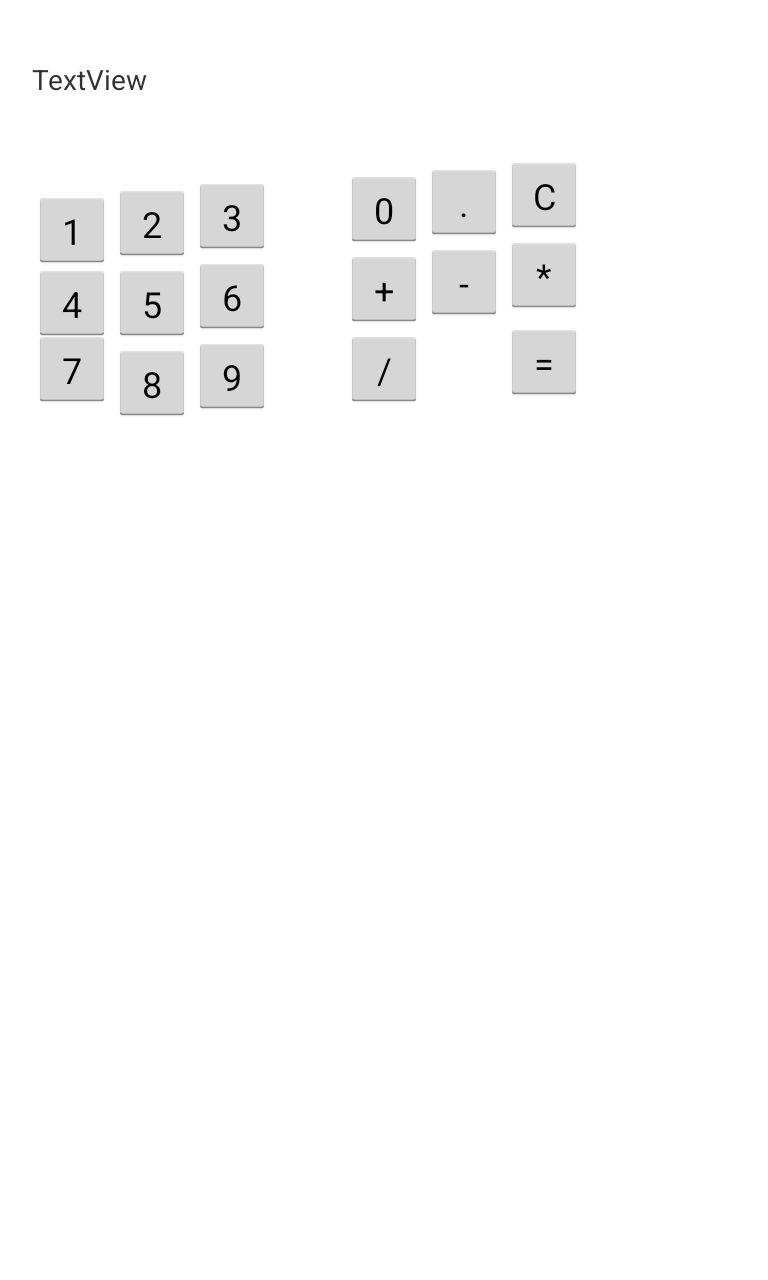
Repository: khushboop-optimus/Android-Assignment
Layout: calculator/res/layout/activity_main.xml
The author's editor kept a copy of each file at every save. The layout is drawn from the files as they stood at one save, then again after the next save.
It is drawn on a 768 x 1280 px phone screen (xhdpi) without system bars, with theme AppTheme; the app's code is not run.

Above is the layout before, as saved 2013-09-13 04:30:00.

After the next save:
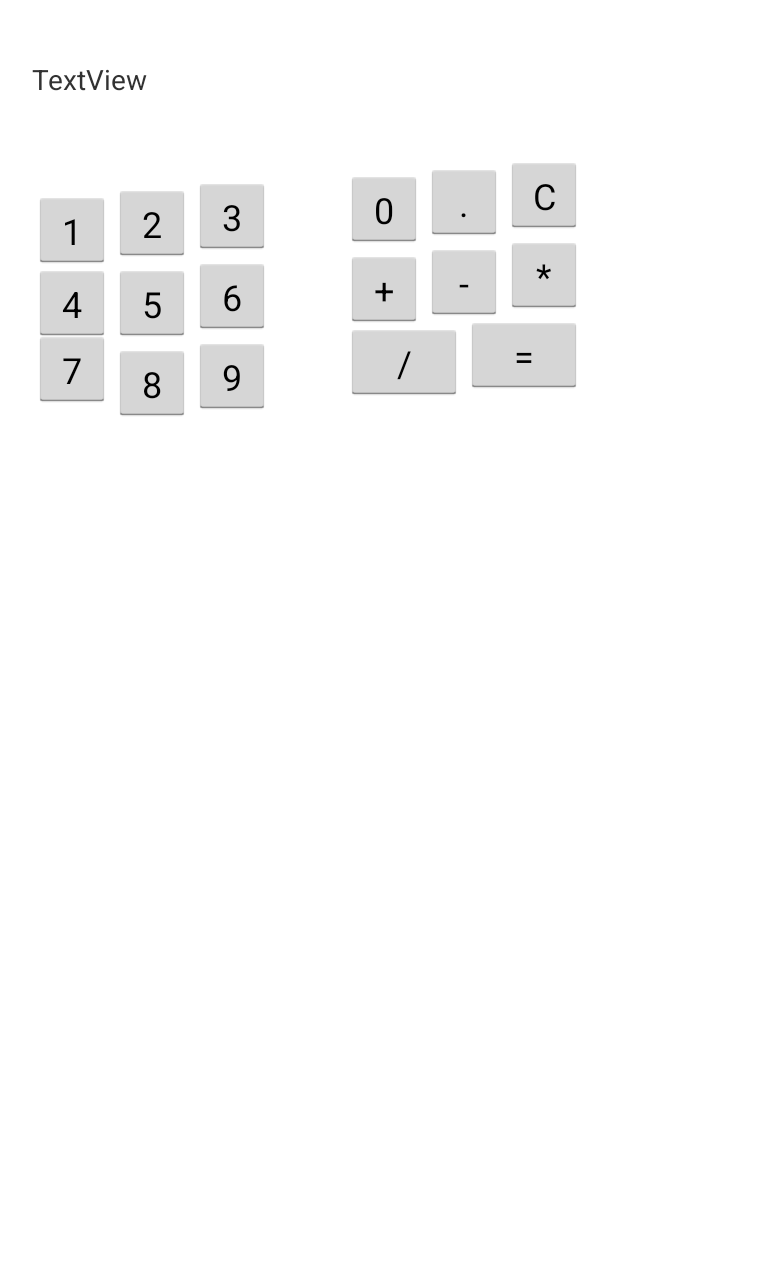
Saved 52 s later.
--- a/calculator/res/layout/activity_main.xml
+++ b/calculator/res/layout/activity_main.xml
@@ -149,20 +149,19 @@
 
             <Button
                 android:id="@+id/Button08"
-                android:layout_width="40dp"
+                android:layout_width="60dp"
                 android:layout_height="40dp"
                 android:layout_alignBaseline="@+id/Button07"
                 android:layout_alignBottom="@+id/Button07"
-                android:layout_toRightOf="@+id/Button05"
+                android:layout_alignRight="@+id/Button06"
                 android:text="=" />
 
             <Button
                 android:id="@+id/Button07"
-                android:layout_width="40dp"
+                android:layout_width="60dp"
                 android:layout_height="40dp"
-                android:layout_alignBaseline="@+id/9"
-                android:layout_alignBottom="@+id/9"
-                android:layout_toLeftOf="@+id/Button05"
+                android:layout_below="@+id/Button05"
+                android:layout_toLeftOf="@+id/Button08"
                 android:text="/" />
 
 </RelativeLayout>
